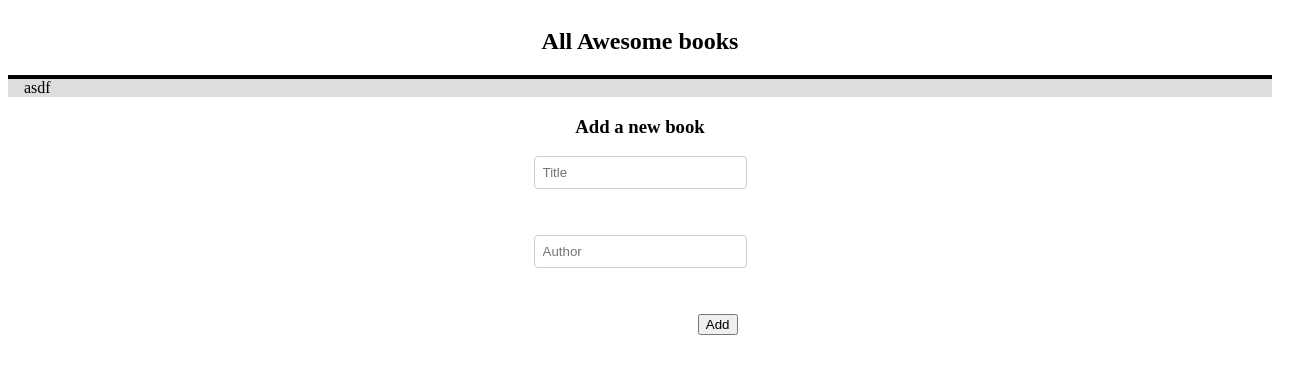
Repository: Salimer/Awesome-books
Page: index.html
An editor plug-in stored every save of this project. The page is shown before and after the next save, followed by the edit.
The browser window is 1280 px wide. The page is 1280 px wide, then 1304 px, so the pictures cover 1304 px, including what lies to the right of the window. The pictures show the whole page.
The style sheet was rebuilt from its Sass, Less or Tailwind sources for each picture, by a compiler version that may differ from the author's.

Above is the page before, as saved 2023-04-25 12:08:27.

After the next save:
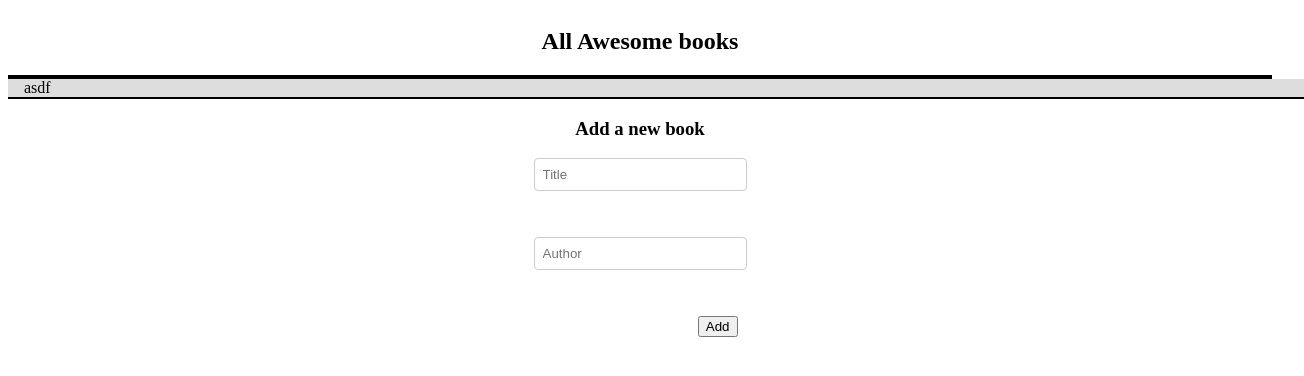
Saved 4 s later.
--- a/style.scss
+++ b/style.scss
@@ -29,6 +29,12 @@
       margin: 8px 0;
     }
   }
+}
+
+.underline {
+  border-bottom: 2px solid black;
+  width: 100%;
+  padding: 1px;
 }
 
 #form {
